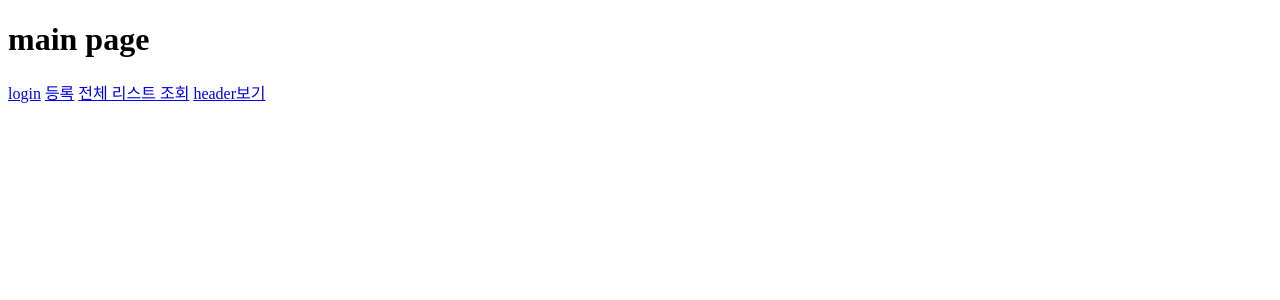
Repository: nojong99/kosta
Page: 32_MVCModel2/src/main/webapp/main.html
The author's editor kept a copy of each file at every save. The page is drawn from the files as they stood at one save, then again after the next save.
The browser window is 1280 px wide. The pictures show the whole page.

Above is the page before, as saved 2026-09-23 07:07:00.

After the next save:
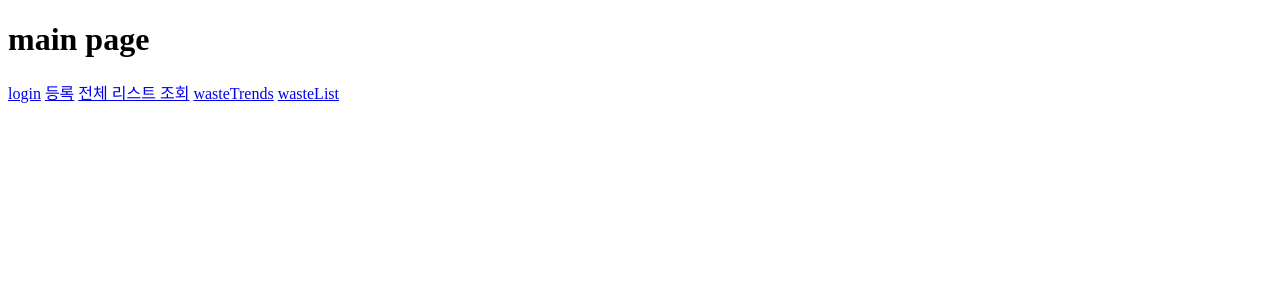
Saved 50 s later.
--- a/32_MVCModel2/src/main/webapp/main.html
+++ b/32_MVCModel2/src/main/webapp/main.html
@@ -9,6 +9,7 @@
 	<a href="controller?cmd=loginUI">login</a>
 	<a href="controller?cmd=addCustomerUI">등록</a>
 	<a href="controller?cmd=customersUI">전체 리스트 조회</a>
-	<a href="view/header.jsp">header보기</a>
+	<a href="view/header.jsp">wasteTrends</a>
+	<a href="controller?cmd=wasteList">wasteList</a>
 </body>
 </html>
